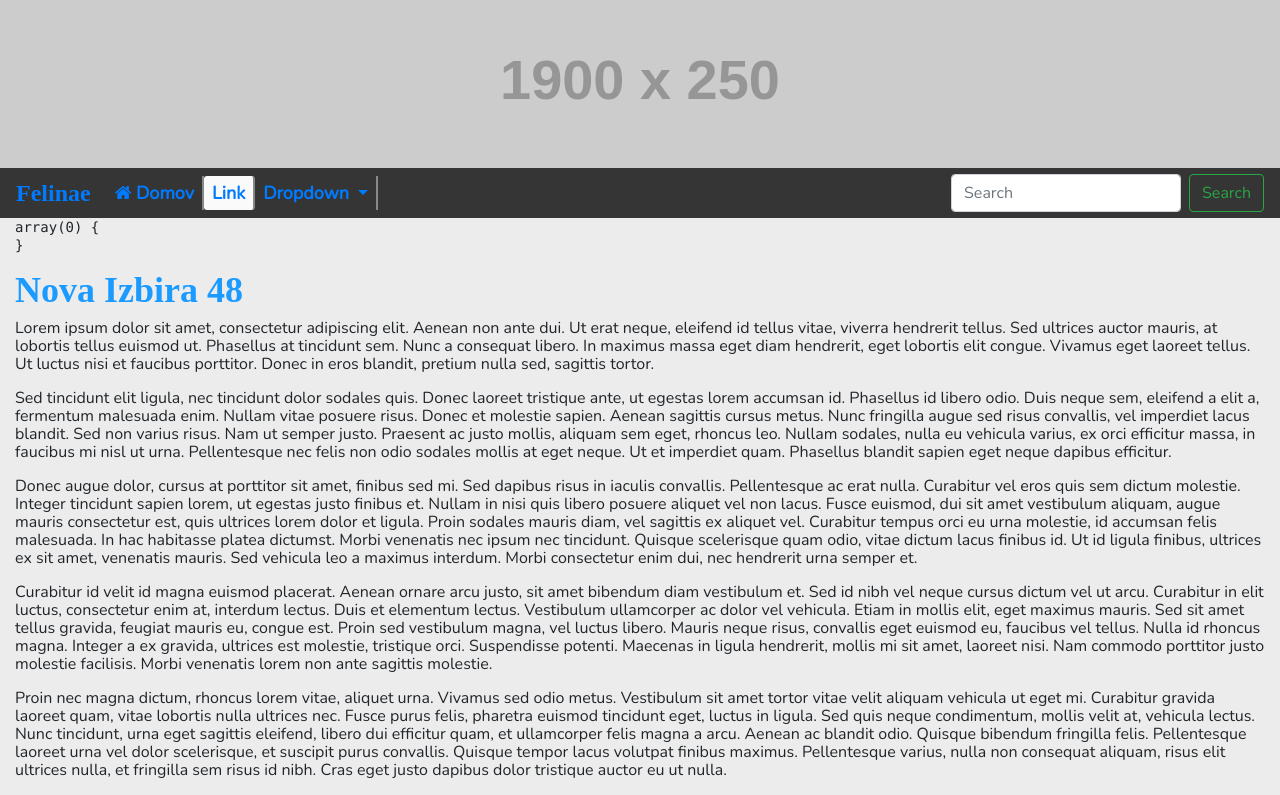
Repository: UrbyK/Felinae
Page: http://localhost/index.php?page=home
The author's editor kept a copy of each file at every save. The page is drawn from the files as they stood at one save, then again after the next save.
The browser window is 1280 px wide. The pictures show the whole page.
Some web fonts or font styles are not loaded; a fallback is used. The page is run by PHP 8.4 with error messages shown; the project is at /var/www/html/.

Above is the page before, as saved 2020-08-11 16:46:55.

After the next save:
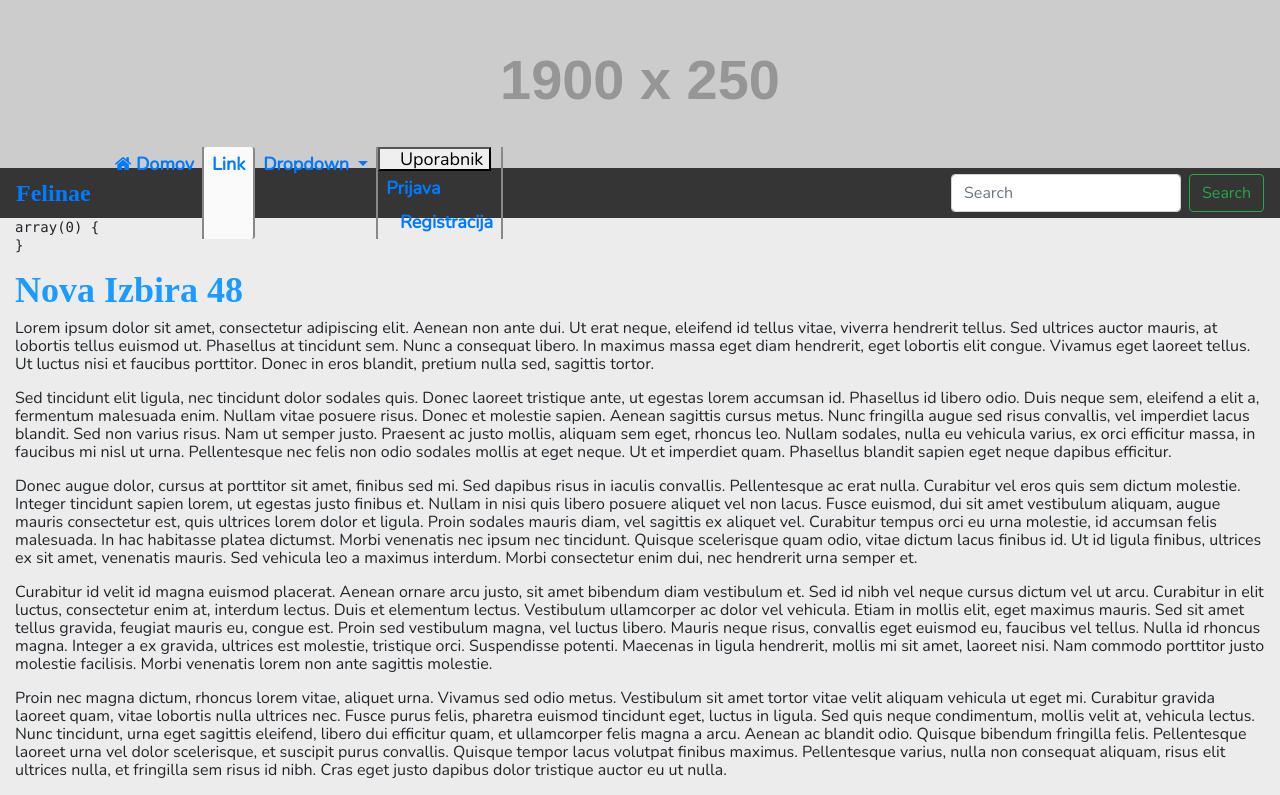
Saved 18 h 38 min later.
--- a/header.php
+++ b/header.php
@@ -62,6 +62,20 @@
                         <a class="dropdown-item" href="#">Something else here</a>
                         </div>
                     </li>
+                    <li class="nav-item">
+                        <div class="dropdown">
+                            <button class="dropbtn"><i class="fas fa-user"></i> Uporabnik</button>
+                            <div class="dropdown-content">
+                                <?php if(empty($_SESSION['user_id'])): ?>
+                                    <a class="nav-link" href="./index.php?page=login" title="Login"><i class="fas fa-sign-in-alt"></i></i> Prijava</a>
+                                    <a class="nav-link" href="./index.php?page=register-user" title="Register"><i class="fas fa-user-plus"></i> Registracija</a>
+                                <?php endif; ?>
+                                <?php if(isset($_SESSION['user_id']) && !empty($_SESSION['user_id'])): ?>
+                                    <a class="nav-link" href="./index.php?page=logout" title="Logout"><i class="fas fa-sign-out-alt"></i> Izpis</a>
+                                <?php endif; ?>
+                            </div>
+                        </div>
+                    </li>
                 </ul>
 
                 <form class="form-inline my-2 my-lg-0">
